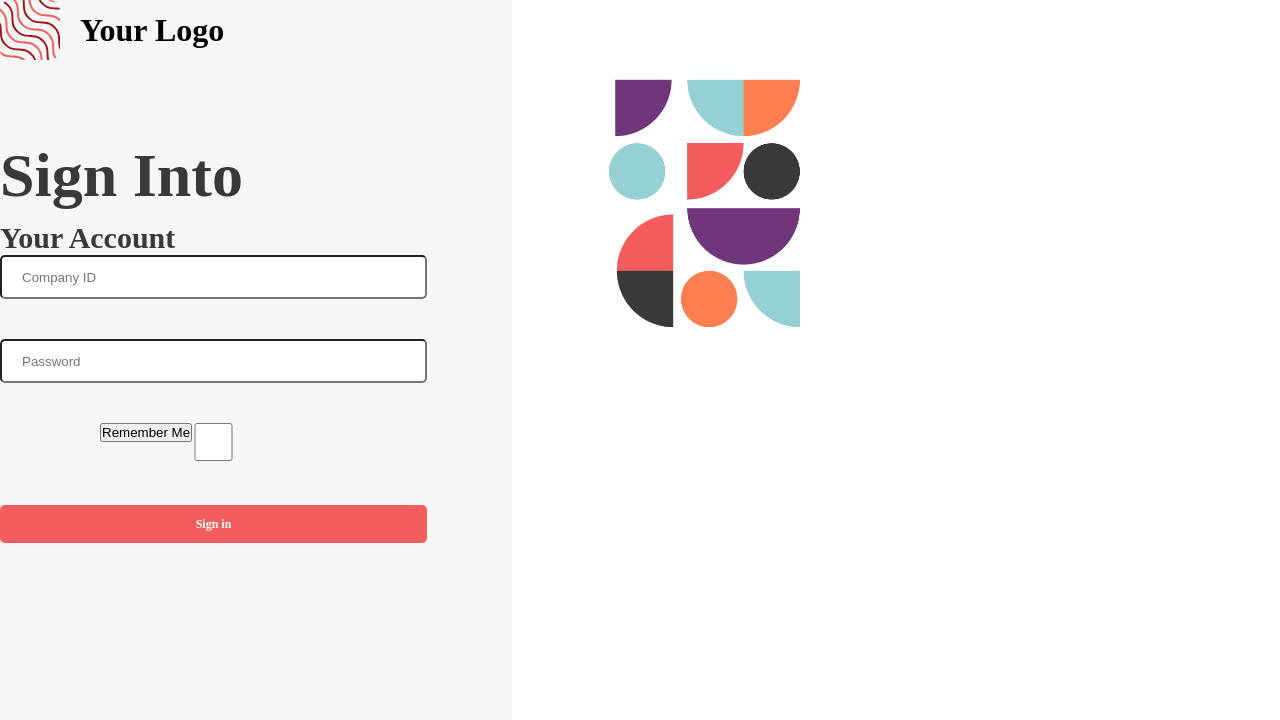
Repository: kubrazamanova/Form-lesson2
Page: index.html
The author's editor kept a copy of each file at every save. The page is drawn from the files as they stood at one save, then again after a run of saves.
The browser window is 1280 px wide. The pictures show the whole page.

Above is the page before, as saved 2023-10-28 10:21:34.

After the next 2 saves:
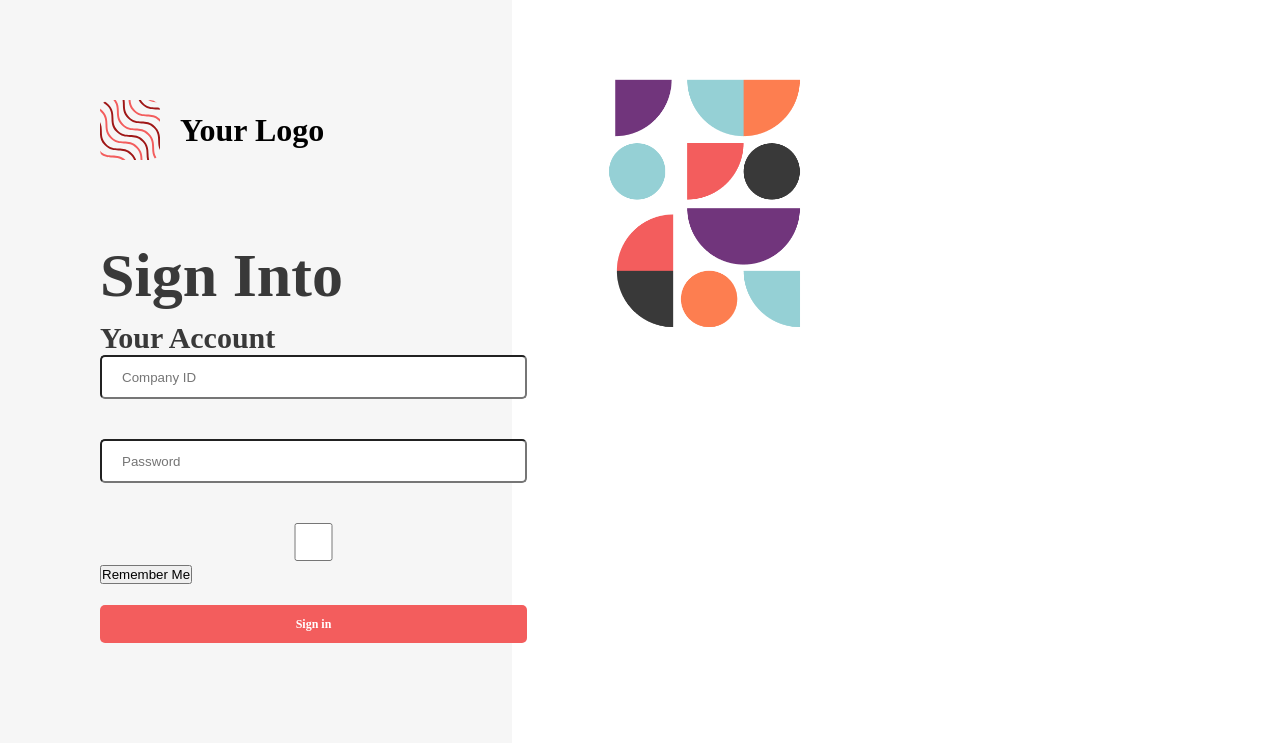
The 2 saves are shown as one change because they came seconds apart.
The last was saved 24 s later.
--- a/index.css
+++ b/index.css
@@ -12,6 +12,7 @@ min-height: 100vh;
 .container .left-side{
   background: #f6f6f6;
   width: 40%;
+  padding: 100px;
 }
 .container .right-side{
   width: 60%;
